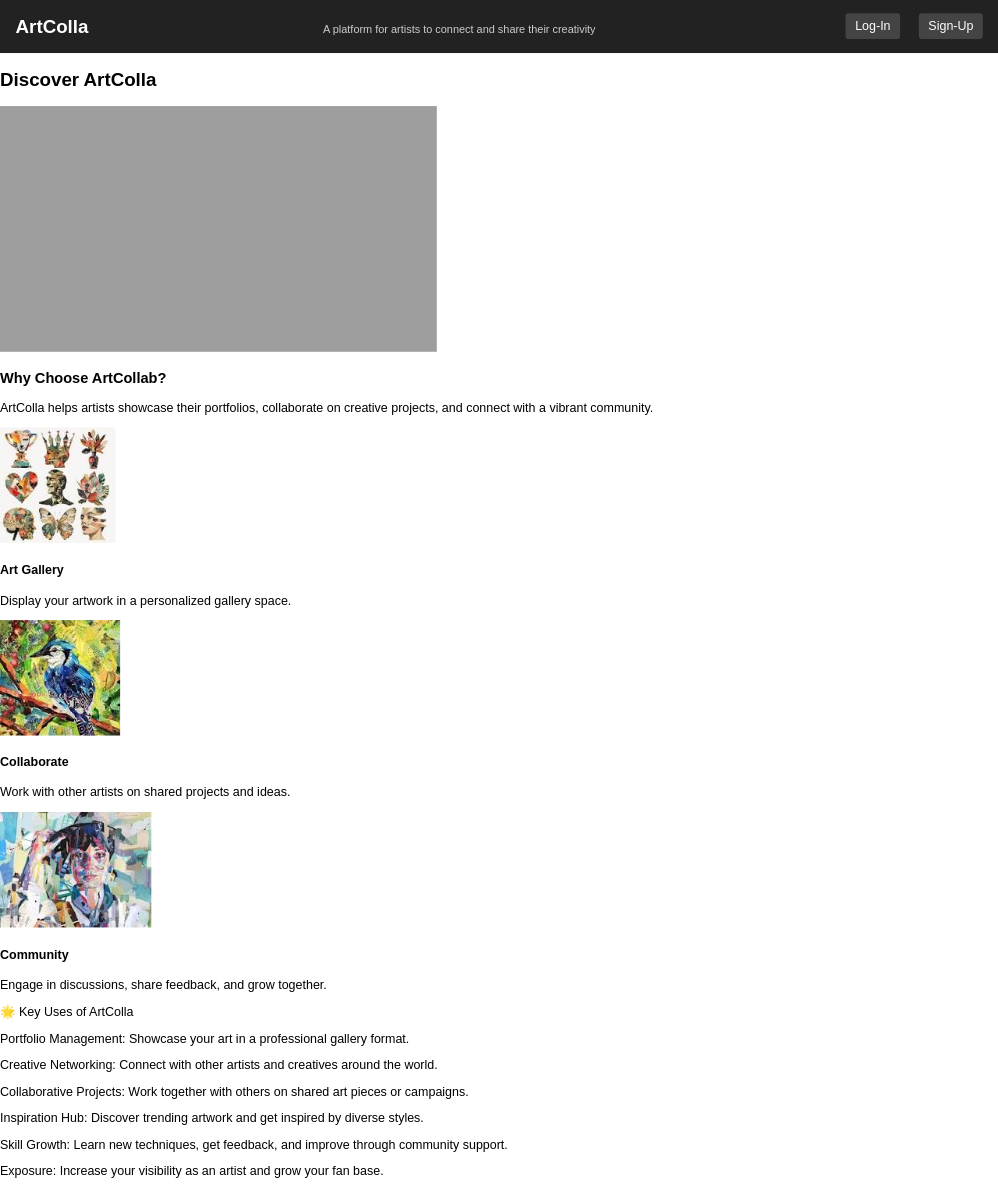
Repository: jeevanReddyP/ArtCollab_App
Page: index.html
These files come from the project's save history. The page is drawn as it stood at one moment and after a run of saves; the edit follows.
The browser window is 1280 px wide. The pictures show the whole page, at 78% of full size.
Pictures or frames that could not be fetched are drawn as grey boxes.

Above is the page before, as saved 2025-06-11 16:37:19.

After the next 4 saves:
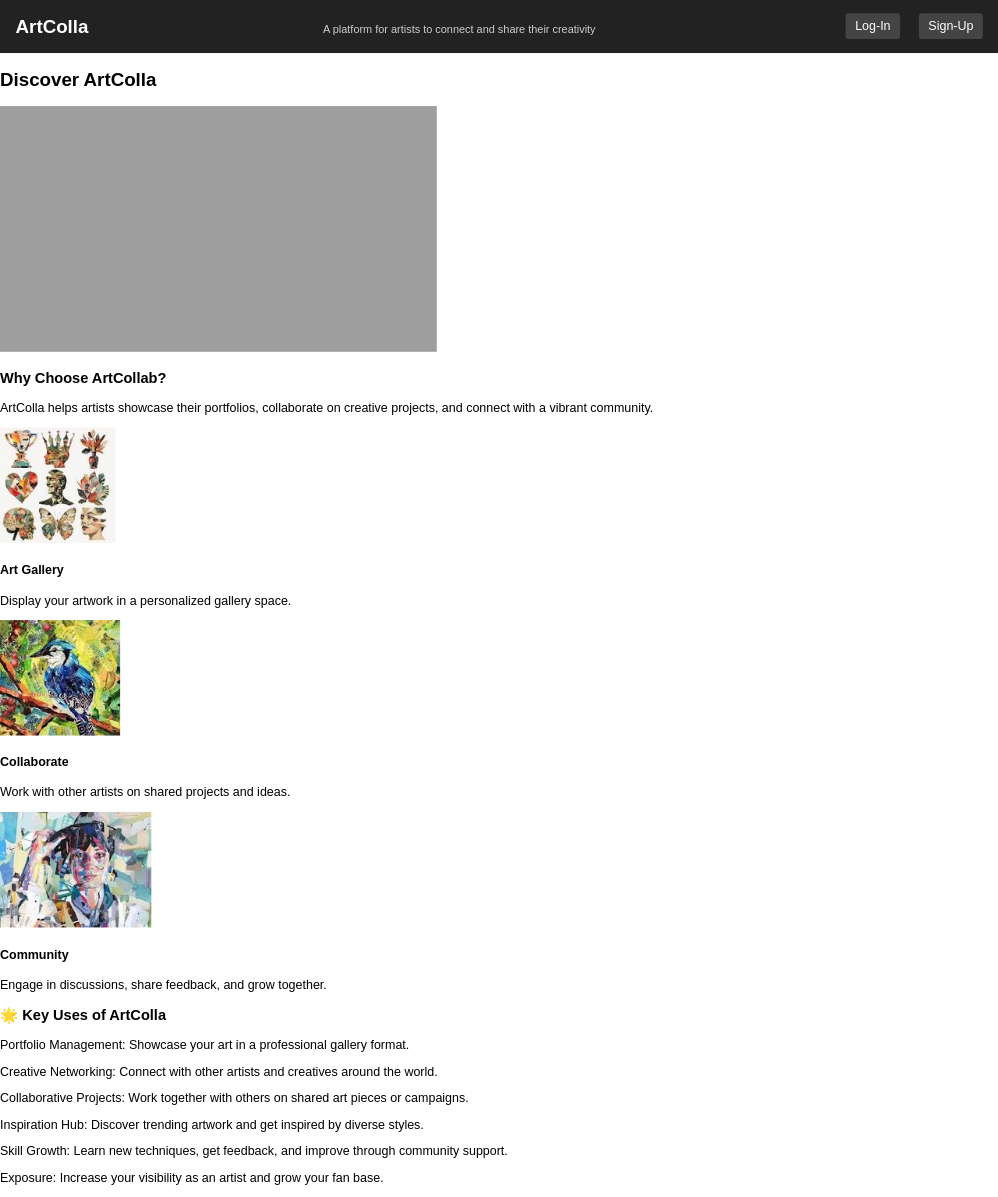
The 4 saves are shown as one change because they came seconds apart.
The last was saved 15 s later.
--- a/index.html
+++ b/index.html
@@ -52,7 +52,7 @@
 </section>
 <section class="discription">
 <p>
-    🌟 Key Uses of ArtColla
+   <h3> 🌟 Key Uses of ArtColla</h3>
 <p>Portfolio Management: Showcase your art in a professional gallery format.</p>
 <p>Creative Networking: Connect with other artists and creatives around the world.</p>
 <p>Collaborative Projects: Work together with others on shared art pieces or campaigns.</p>
